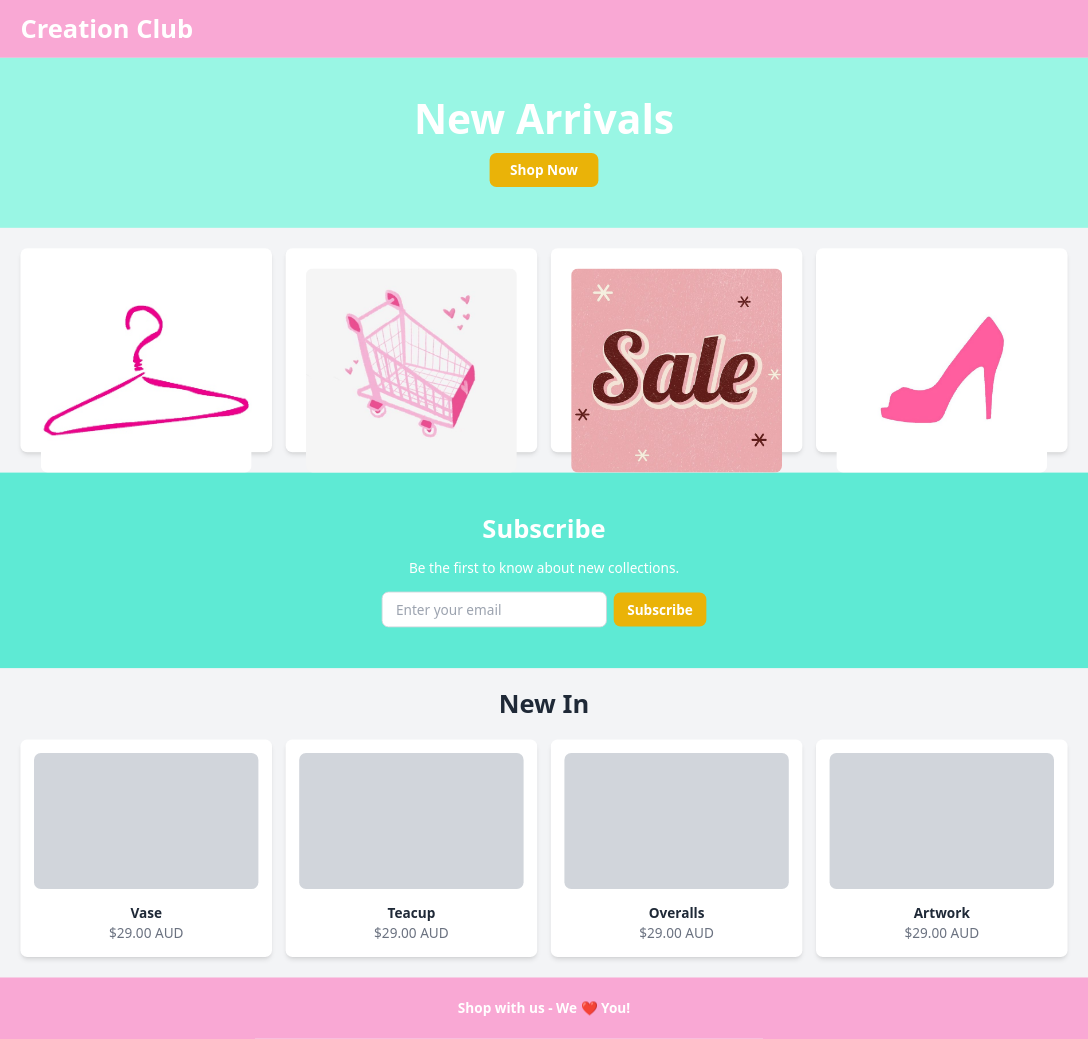
Repository: prathyushaa5/BuyYours
Page: / (app in Frontend/)
The author's editor kept a copy of each file at every save. The page is drawn from the files as they stood at one save, then again after the next save.
The browser window is 1280 px wide. The pictures show the whole page, at 85% of full size.
The project was rebuilt for these pictures with package versions that can differ from the ones it lists, and the page was loaded fresh each time. Also part of the build but not shown: Frontend/vite.config.js, Frontend/src/components/Login.jsx, Frontend/src/components/Signup.jsx, Frontend/src/components/Home.jsx.

Above is the page before, as saved 2025-02-13 17:39:10.

After the next save:
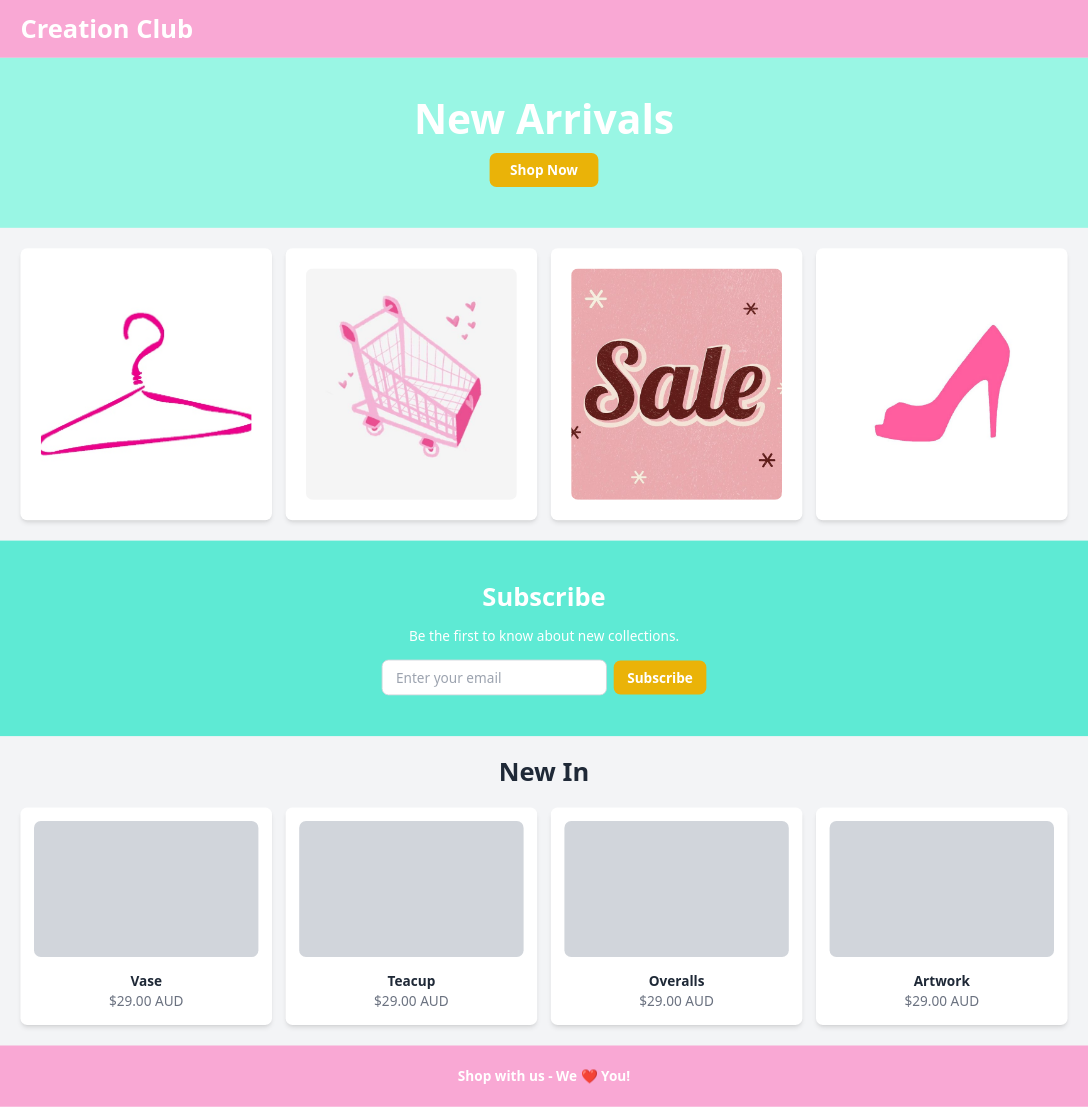
Saved 15 s later.
--- a/Frontend/src/components/Main.jsx
+++ b/Frontend/src/components/Main.jsx
@@ -21,8 +21,8 @@ export default function MainPage() {
       {/* Categories (Replaced with Images) */}
       <div className="grid grid-cols-2 md:grid-cols-4 gap-4 p-6">
         {[image1, image2, image3, image4].map((image, index) => (
-          <div key={index} className="bg-white p-6 text-center rounded-lg shadow-md h-60">
-            <img src={image} alt={`Category ${index + 1}`} className="w-full h-60 object-cover rounded-lg" />
+          <div key={index} className="bg-white p-6 text-center rounded-lg shadow-md h-80">
+            <img src={image} alt={`Category ${index + 1}`} className="w-full h-full object-cover rounded-lg" />
           </div>
         ))}
       </div>
